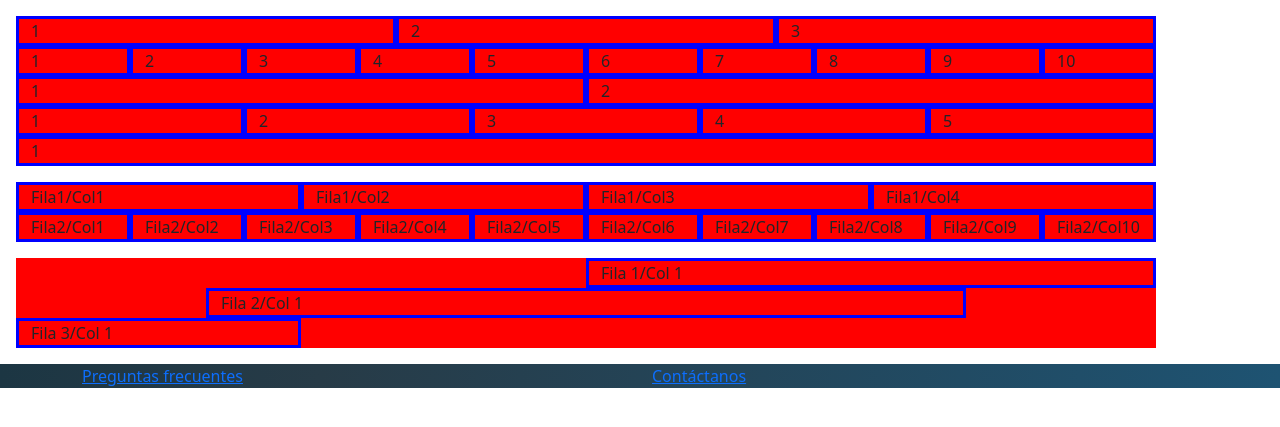
Repository: alexvl06/alexvl06.github.io
Page: index.html
An editor plug-in stored every save of this project. The page is shown before and after the next save, followed by the edit.
The browser window is 1280 px wide. The pictures show the whole page.

Above is the page before, as saved 2022-07-11 08:44:20.

After the next save:
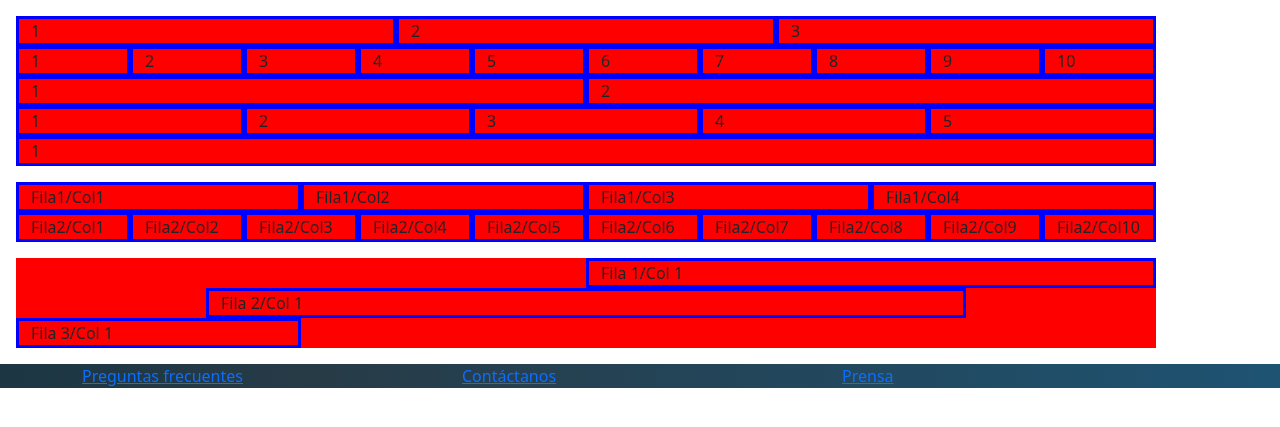
Saved 63 s later.
--- a/index.html
+++ b/index.html
@@ -10,7 +10,7 @@
       integrity="sha384-0evHe/X+R7YkIZDRvuzKMRqM+OrBnVFBL6DOitfPri4tjfHxaWutUpFmBp4vmVor"
       crossorigin="anonymous"
     />
-    <link rel="stylesheet" href="index.css">
+    <link rel="stylesheet" href="index.css" />
   </head>
   <body>
     <div class="container m-3" style="background: red">
@@ -43,40 +43,67 @@
         <div class="col" style="border: solid blue">5</div>
       </div>
       <div class="row">
-        <div class="col" style="border: solid blue ;">1</div>
+        <div class="col" style="border: solid blue">1</div>
       </div>
     </div>
 
-    <div class="container m-3" style="background: red;">
+    <div class="container m-3" style="background: red">
       <div class="row">
-        <div class="col-6 col-md-3" style="border: solid blue;">Fila1/Col1</div>
-        <div class="col-6 col-md-3" style="border: solid blue;">Fila1/Col2</div>
-        <div class="col-6 col-md-3" style="border: solid blue;">Fila1/Col3</div>
-        <div class="col-6 col-md-3" style="border: solid blue;">Fila1/Col4</div>
+        <div class="col-6 col-md-3" style="border: solid blue">Fila1/Col1</div>
+        <div class="col-6 col-md-3" style="border: solid blue">Fila1/Col2</div>
+        <div class="col-6 col-md-3" style="border: solid blue">Fila1/Col3</div>
+        <div class="col-6 col-md-3" style="border: solid blue">Fila1/Col4</div>
       </div>
       <div class="row">
-        <div class="col-12 col-md-6 col-lg" style="border: solid blue;">Fila2/Col1</div>
-        <div class="col-12 col-md-6 col-lg" style="border: solid blue;">Fila2/Col2</div>
-        <div class="col-12 col-md-6 col-lg" style="border: solid blue;">Fila2/Col3</div>
-        <div class="col-12 col-md-6 col-lg" style="border: solid blue;">Fila2/Col4</div>
-        <div class="col-12 col-md-6 col-lg" style="border: solid blue;">Fila2/Col5</div>
-        <div class="col-12 col-md-6 col-lg" style="border: solid blue;">Fila2/Col6</div>
-        <div class="col-12 col-md-6 col-lg" style="border: solid blue;">Fila2/Col7</div>
-        <div class="col-12 col-md-6 col-lg" style="border: solid blue;">Fila2/Col8</div>
-        <div class="col-12 col-md-6 col-lg" style="border: solid blue;">Fila2/Col9</div>
-        <div class="col-12 col-md-6 col-lg" style="border: solid blue;">Fila2/Col10</div>
+        <div class="col-12 col-md-6 col-lg" style="border: solid blue">
+          Fila2/Col1
+        </div>
+        <div class="col-12 col-md-6 col-lg" style="border: solid blue">
+          Fila2/Col2
+        </div>
+        <div class="col-12 col-md-6 col-lg" style="border: solid blue">
+          Fila2/Col3
+        </div>
+        <div class="col-12 col-md-6 col-lg" style="border: solid blue">
+          Fila2/Col4
+        </div>
+        <div class="col-12 col-md-6 col-lg" style="border: solid blue">
+          Fila2/Col5
+        </div>
+        <div class="col-12 col-md-6 col-lg" style="border: solid blue">
+          Fila2/Col6
+        </div>
+        <div class="col-12 col-md-6 col-lg" style="border: solid blue">
+          Fila2/Col7
+        </div>
+        <div class="col-12 col-md-6 col-lg" style="border: solid blue">
+          Fila2/Col8
+        </div>
+        <div class="col-12 col-md-6 col-lg" style="border: solid blue">
+          Fila2/Col9
+        </div>
+        <div class="col-12 col-md-6 col-lg" style="border: solid blue">
+          Fila2/Col10
+        </div>
       </div>
     </div>
 
-    <div class="container m-3" style="background: red;">
+    <div class="container m-3" style="background: red">
       <div class="row">
-        <div class="col-12 col-md-6 offset-md-6" style="border: solid blue">Fila 1/Col 1</div>
+        <div class="col-12 col-md-6 offset-md-6" style="border: solid blue">
+          Fila 1/Col 1
+        </div>
       </div>
       <div class="row">
-        <div class="col-8 offset-md-2" style="border: solid blue">Fila 2/Col 1</div>
+        <div class="col-8 offset-md-2" style="border: solid blue">
+          Fila 2/Col 1
+        </div>
       </div>
       <div class="row">
-        <div class="col-3 offset-9 offset-md-0" style="border: solid blue">Fila 3/Col 1</div></div>
+        <div class="col-3 offset-9 offset-md-0" style="border: solid blue">
+          Fila 3/Col 1
+        </div>
+      </div>
     </div>
 
     <footer id="footer">
@@ -88,6 +115,9 @@
           <div class="col">
             <a href="#">Contáctanos</a>
           </div>
+          <div class="col">
+            <a href="#">Prensa</a>
+          </div>
         </div>
       </div>
     </footer>
